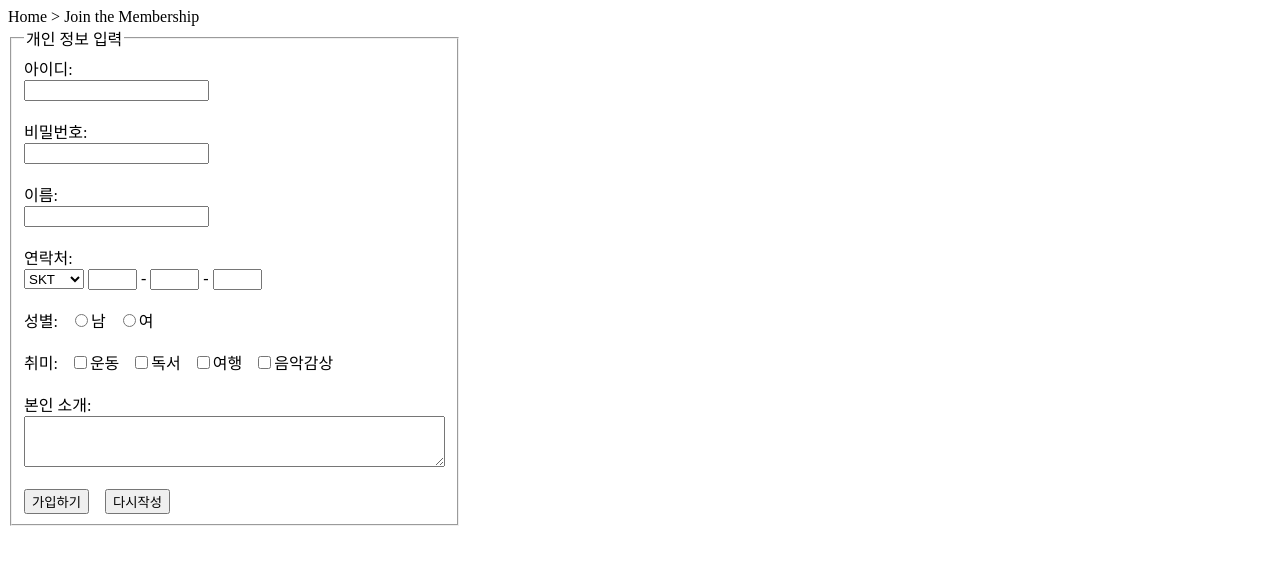
Repository: parkgyutaee/My_JAVA_Project
Page: http://localhost/JSPStudy/form_membership01.jsp
An editor plug-in stored every save of this project. The page is shown before and after the next save, followed by the edit.
The browser window is 1280 px wide. The pictures show the whole page.
The page is served by Tomcat 10. Other server files are loaded and not shown.

Above is the page before, as saved 2025-07-10 04:30:42.

### Workspace/JSPStudy/src/main/webapp/form_membership01.jsp
<%@ page language="java" contentType="text/html; charset=UTF-8"
    pageEncoding="UTF-8"%>
<!DOCTYPE html>
<html>
<head>
<meta charset="UTF-8">
<title>개인정보입력입니다!</title>
</head>
<body>
	Home > Join the Membership
	<form action="form_membership02.jsp" name = "person_info" method = "get" >
	<fieldset style = "width:330px">
		<legend>개인 정보 입력</legend>
		아이디: <br>
		<input type = "text" name = "id"> <br><br>
		비밀번호: <br>
		<input type = "text" name = "password"> <br><br>
		이름: <br>
		<input type = "text" name = "name"> <br><br>

		연락처: <br>
		<select name = "choise" style = "width:60px;height:20.5px">
			<option value = "skt">SKT</option>
			<option value = "kt">KT</option>
			<option value = "lg">LG U+</option>
		</select>
		<input type="text" name="p1" maxlength="3" size = "3"> -
		<input type="text" name="p2" maxlength="3" size = "3"> -
		<input type="text" name="p3" maxlength="3" size = "3">
		<br><br>
		성별: &nbsp; <input type = "radio" name = "gender" value="남성">남 &nbsp; <input type = "radio" name = "gender"value="여성">여 <br><br>

		취미: &nbsp; <input type = "checkbox" name = "hobby1" value="운동">운동
				&nbsp; <input type = "checkbox" name = "hobby2" value="독서">독서
				&nbsp; <input type = "checkbox" name = "hobby3" value="여행">여행
				&nbsp; <input type = "checkbox" name = "hobby3" value="음악감상">음악감상 <br><br>

		본인 소개: <br>
		<textarea type="introduce_area" rows="3" cols="50" >
		</textarea> <br><br>

		<div></div>
			<input type="submit" value="가입하기">
			&nbsp;&nbsp;
			<input type="reset" value="다시작성">
	</fieldset>
	</form>
</body>
</html>

After the next save:
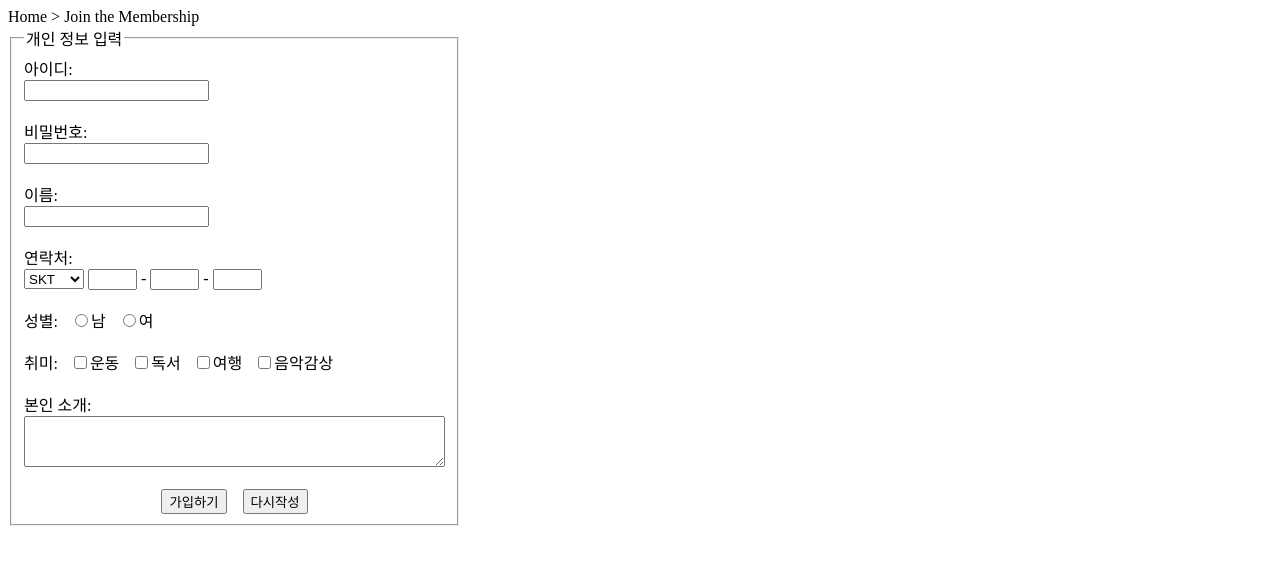
Saved 26 s later.
--- a/Workspace/JSPStudy/src/main/webapp/form_membership01.jsp
+++ b/Workspace/JSPStudy/src/main/webapp/form_membership01.jsp
@@ -39,10 +39,12 @@
 		<textarea type="introduce_area" rows="3" cols="50" >
 		</textarea> <br><br>
 
-		<div></div>
+		<div align="center">
 			<input type="submit" value="가입하기">
 			&nbsp;&nbsp;
 			<input type="reset" value="다시작성">
+		</div>
+
 	</fieldset>
 	</form>
 </body>
